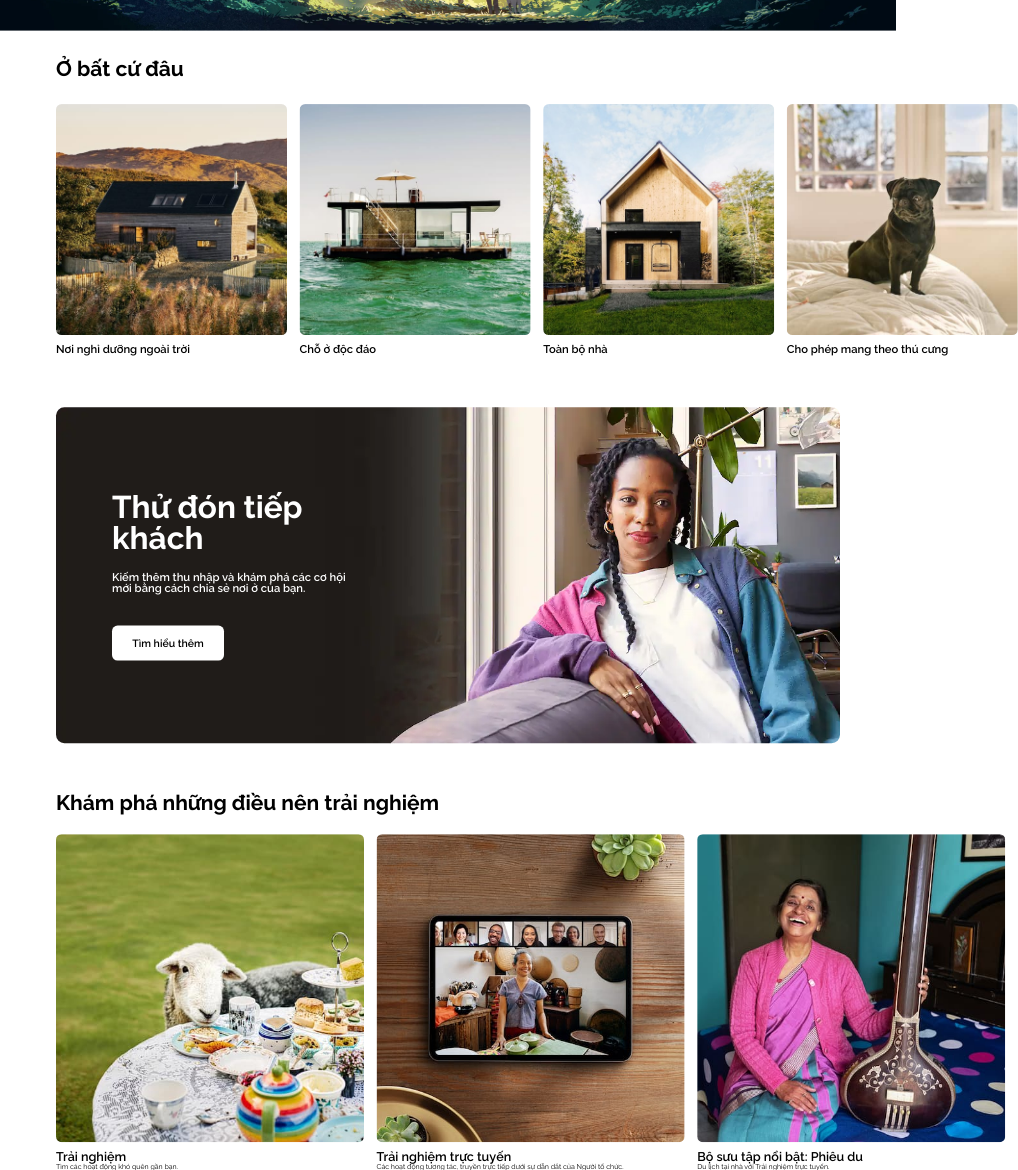
Repository: vanntrong/airbnb-clone
Page: index.html
The author's editor kept a copy of each file at every save. The page is drawn from the files as they stood at one save, then again after the next save.
The browser window is 1280 px wide. The page is 1454 px wide, so the pictures cover 1454 px, including what lies to the right of the window. The pictures show the part of the page from y = 634 to 2314 px (the page is 2306 px tall before and 2314 px after), at 70% of full size.

Above is the page before, as saved 2021-09-22 19:35:26.

After the next save:
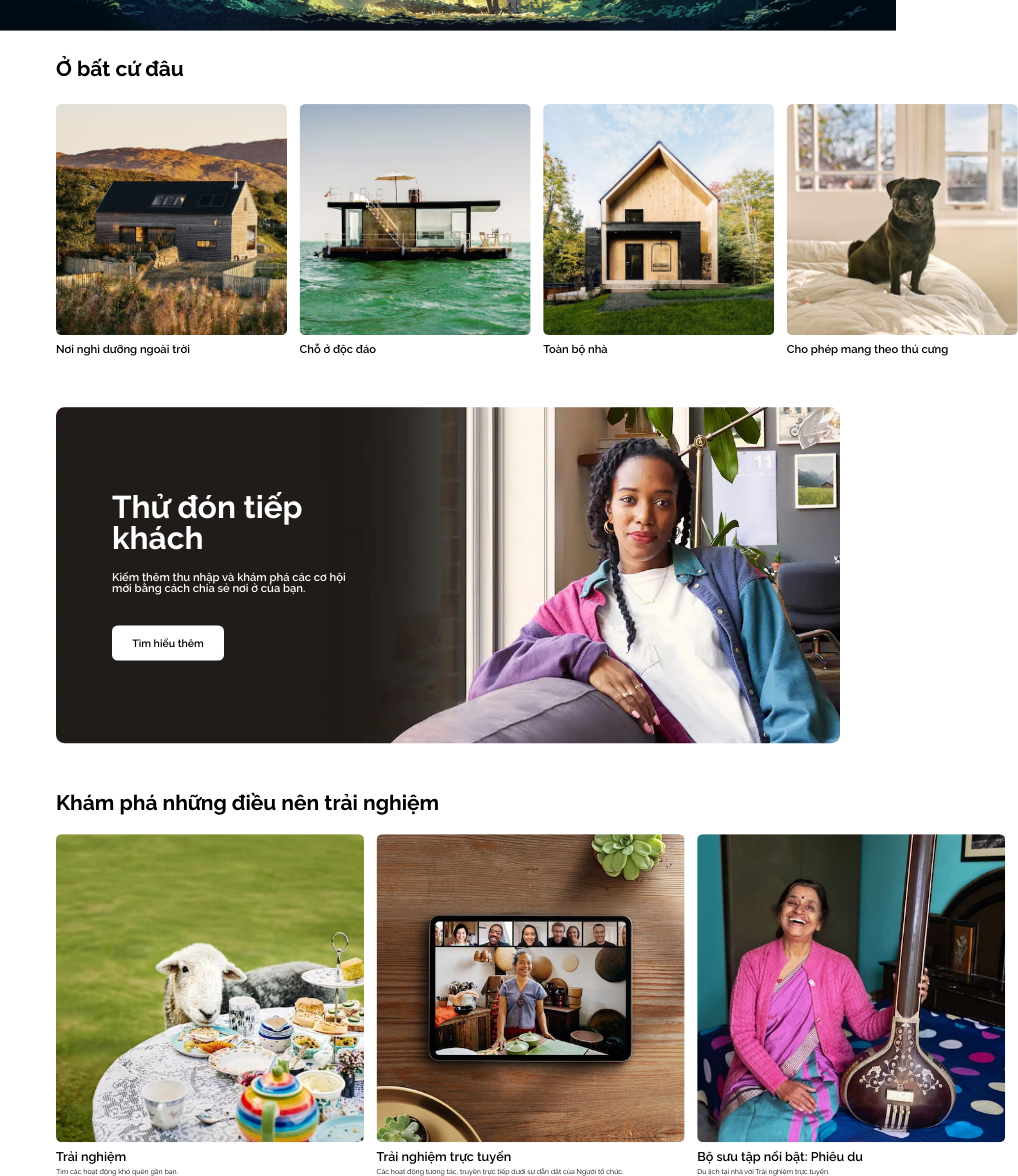
Saved 38 s later.
--- a/assets/css/style.css
+++ b/assets/css/style.css
@@ -428,3 +428,7 @@
   font-size: 1.8rem;
   font-weight: 600;
 }
+
+.container__item-text {
+  margin-top: 8px;
+}
